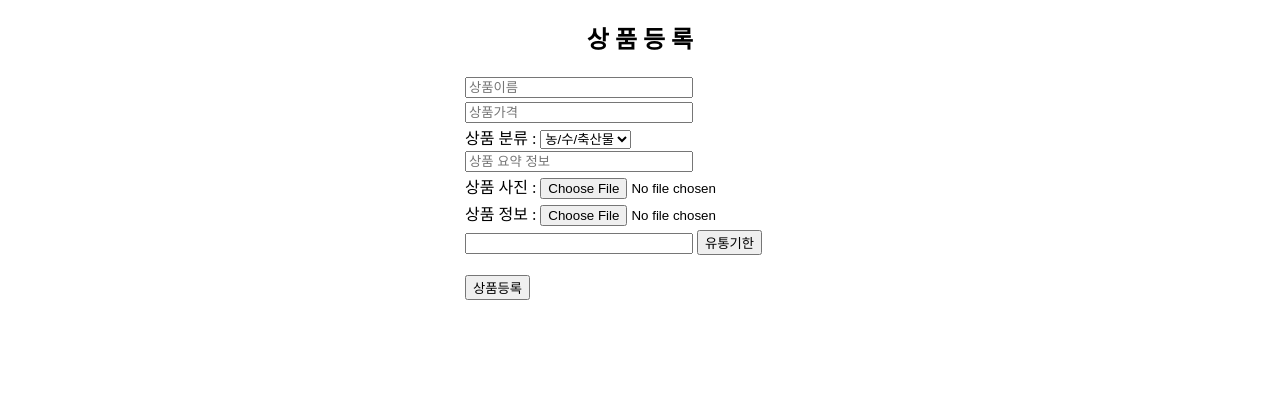
Repository: fellownew/project_workspace
Page: http://localhost/shoppingmall/WEB-INF/view/body/product/product_join_form.jsp
An editor plug-in stored every save of this project. The page is shown before and after the next save, followed by the edit.
The browser window is 1280 px wide. The pictures show the whole page.
The page is served by Tomcat 9. Nobody is signed in. Other server files are loaded and not shown. The template is opened directly, without the code that normally fills it, so the values that code supplies are empty.

Above is the page before, as saved 2015-06-15 01:23:16.

### shoppingmall/WebContent/WEB-INF/view/body/product/product_join_form.jsp
<%@ page contentType="text/html;charset=UTF-8"%>
<!DOCTYPE html>
<script type="text/javascript" src="<%=request.getContextPath() %>/script/jquery.js"></script>
<script type="text/javascript" src="<%=request.getContextPath() %>/script/date_picker.js"></script>
<script type="text/javascript">
var flag=true;
	$(document).ready(function(){
		$("#registerBtn").on("click",function(){
			if($("#productId").val()==''  ||
					$("#productPrice").val()==''  ||
					$("#productInfo").val()==''  ||
					$("#upfile").val()==''  ||
					$("#infoUpfile").val()==''  ||
					$("#expDate").val()=='' ){
					alert("입력정보를 확인하세요");
					return false;
				}
			if(!flag){
				alert("이미지 파일을 확인해주세요");
				return false;
			}
		});

		$("#upfile").on("change",function(){
			var path = $(this).val() ;
			var leng = path.length;
			var txt = path.substr(leng-3,3).toLowerCase() ;
			flag = true;
			if(txt != "jpg" && txt != "peg" && txt != "png" && txt != "gif" && txt != "bmp"){
				alert("jpg, jpeg, png, gif 파일만 등록 가능합니다.");
				flag = false;
			}
		});

		$("#infoUpfile").on("change",function(){
			var path = $(this).val();
			var leng = path.length;
			var txt = path.substr(leng-3,3).toLoserCase();
			flag = true;
			if((txt != "jpg") && (txt != "peg") && (txt != "png") && (txt != "gif") && (txt != "bmp")){
				alert("jpg, jpeg, png, gif 파일만 등록 가능합니다.");
				flag = false;
			}
		});
	});
</script>
<style>
#join_form{
	width:350px;
	margin:0 auto;
	text-align: left;
}
#join_form input{
	margin-top: 2px;
	margin-bottom: 2px;
}

#join_form input[type="text"], #join_form input[type="number"]{
	width: 220px;
}

</style>
<div style="width: 700px;margin:0 auto">
<h2 style="text-align: center"> 상 품 등 록 </h2>
	<div id="join_form">
		<form action="insertProduct.do" method="POST" enctype="multipart/form-data">
			<input type="text" id="productName" name="productName" placeholder="상품이름" maxlength="50" required="required"/><br>
			<input type="number" id="productPrice" name="productPrice" placeholder="상품가격" required="required"/><br>
			상품 분류 :
			<select name="category" id="category">
				<option value="food" selected="selected">농/수/축산물</option>
				<option value="fruit">과일/채소</option>
				<option value="health">건강식품</option>
				<option value="snack">간식</option>
			</select><br>
			<input type="text" id="productInfo" name="productInfo" placeholder="상품 요약 정보" required="required"><br>
			상품 사진 : <input type="file" id="upfile" name="upfile"/><br>
			상품 정보 : <input type="file" id="infoUpfile" name="infoUpfile"/><br>
			<input type="text" id="expDate" name="expDate" readonly="readonly" required="required">
			<input type="button" value="유통기한" onClick="datePicker(event,'expDate')"><br>
			<input type="hidden" name="SellerId" value="${sessionScope.loginInfo.sellerId }"/><p>
			<input type="submit" id="registerBtn" value="상품등록">
		</form>
	</div>
</div>

### shoppingmall/WebContent/script/date_picker.js
// Calendar Script
// Licence : GPL (http://www.gnu.org/licenses/licenses.html#GPL)
// Update & Download  : http://www.ziwoo.net/zb/view.php?boardid=zb_ziwoo_javascript&uid=129
// This page was last modified on 2011.12.15 (Since 2010.04.11)

//ex1 : datePicker(event, 'targetFieldName');
//ex2 : datePicker(event, 'targetFieldName', 2);
//세번째 인자는 날짜를 입력할 타겟의 필드명이 복수인 경우를 위한 배열키.(기본값:0)

function datePicker(e, elm) {
	currentElement = (arguments[2])?document.getElementsByName(elm)[arguments[2]]:document.getElementsByName(elm)[0];
	var event = e || window.event;

	if(document.getElementById('currentDiv')) {
		document.getElementById("currentDiv").parentNode.removeChild(document.getElementById("currentDiv"));
	}

	if(arguments[0]){
		var eventX = event.clientX;
		var eventY = event.clientY;
		if(eventX>document.body.offsetWidth-182-40) eventX = document.body.offsetWidth-182-40;
		if(eventY>document.body.offsetHeight-158-40) eventY = document.body.offsetHeight-158-40;
		var calDivObj = document.createElement("div");
		calDivObj.setAttribute("id","currentDiv");
		calDivObj.style.width = '182px';
		calDivObj.style.height = '158px';
		calDivObj.style.border = "1px solid #D0D0D0";
		calDivObj.style.position = "absolute";
		calDivObj.style.top = eventY+document.body.scrollTop+10+'px';
		calDivObj.style.left = eventX+10+'px';
		calDivObj.style.zIndex = 100000;
		document.body.appendChild(calDivObj);
		fBuildHtml();
	}
}

function fBuildHtml() {
	var currentDate = new Date();
	var igYear = currentDate.getFullYear();
	var igMonth = currentDate.getMonth() + 1;
	var gMonths = new Array("1","2","3","4","5","6","7","8","9","10","11","12");
	var calHtml = "<table border='0' bgcolor='#C0C0C0'>";
	calHtml += "<tr style='font-size:9pt'>";
	calHtml += "<td valign='middle' align='center'>";
	calHtml += "<input type='button' name='PrevMonth' value='<' style='height:20px; width:20px; font:9pt Fixedsys;' onClick='fPrevMonth()'>";
	calHtml += " <select name='tbSelYear' style='font-size:9pt' onChange='fUpdateCal(tbSelYear.value, tbSelMonth.value)'>";
	for(i=1970;i<2030;i++) calHtml += "<OPTION value='"+i+"'>"+i+"</OPTION>";
	calHtml += "</select>";
	calHtml += " <select name='tbSelMonth' style='font-size:9pt' onChange='fUpdateCal(tbSelYear.value, tbSelMonth.value)'>";
	for (i=0; i<12; i++) calHtml += "<option value='"+(i+1)+"'>"+gMonths[i]+"</option>";
	calHtml += "</select>";
	calHtml += " <input type='button' name='PrevMonth' value='>' style='height:20px; width:20px; font:9pt Fixedsys;' onclick='fNextMonth()'>";
	calHtml += "</td>";
	calHtml += "</tr><tr>";
	calHtml += "<td align='center'>";
	calHtml += "<DIV><table width='100%' border='0' cellspacing='1' cellpadding='2'>";
	calHtml += fDrawCal(igYear,igMonth);
	calHtml += "</table></DIV>";
	calHtml += "</td>";
	calHtml += "</tr>";
	calHtml += "</td></tr>";
	calHtml += "</table>";

	document.getElementById('currentDiv').innerHTML = calHtml;
	fSetYearMon(igYear,igMonth);
}

function fDrawCal(iYear, iMonth) {
	var WeekDay = new Array("Sun","Mon","Tue","Wed","Thu","Fri","Sat");
	var calHtml = "<tr>";
	for(i=0; i<7; i++) calHtml += "<td bgcolor='White' width='20' valign='middle' align='center' style='font:bold 10px Tahoma; color:#C0C0C0;'>" + WeekDay[i] + "</td>";
	calHtml += "</tr>";
	var i = 0;
	for (w = 1; w < 7; w++) {
		calHtml += "<tr>";
		for (d = 0; d < 7; d++) {
			if(w==6 && d==6){
				calHtml += "<td bgcolor='#C0C0C0' width='20' valign='middle' align='center' style='padding:1px 0 0 3px; cursor:pointer;' onClick='datePicker()'>";
				calHtml += "<font color='White' face='Tahoma'>X</font>";
				calHtml += "</td>";
			}else{
				calHtml += "<td bgcolor='White' width='20' valign='middle' align='center' style='font:bold 10px Tahoma; cursor:pointer;' onMouseOver=\"this.bgColor='Pink'\" onMouseOut=\"this.bgColor='White'\" onClick='fSetSelected(this)'>";
				calHtml += "<font id='cellText_"+i+"'></font>";
				calHtml += "</td>";
			}
			i++;
		}
		calHtml += "</tr>";
	}
	return calHtml;
}

function fSetYearMon(iYear, iMon){
	var tbSelYear = document.getElementsByName('tbSelYear')[0];
	var tbSelMonth = document.getElementsByName('tbSelMonth')[0];
	tbSelMonth.options[iMon-1].selected = true;
	for (i = 0; i < tbSelYear.length; i++) if (tbSelYear.options[i].value == iYear) tbSelYear.options[i].selected = true;
	fUpdateCal(iYear, iMon);
}

function fPrevMonth(){
	var iMon = document.getElementsByName('tbSelMonth')[0].value;
	var iYear = document.getElementsByName('tbSelYear')[0].value;
	if (--iMon<1) {
		iMon = 12;
		iYear--;
	}
	fSetYearMon(iYear, iMon);
}

function fNextMonth(){
	var iMon = document.getElementsByName('tbSelMonth')[0].value;
	var iYear = document.getElementsByName('tbSelYear')[0].value;
	if (++iMon>12) {
		iMon = 1;
		iYear++;
	}
	fSetYearMon(iYear, iMon);
}

function fUpdateCal(iYear, iMonth) {
	myMonth = fBuildCal(iYear, iMonth);
	var currentDate = new Date();
	var igYear = currentDate.getFullYear();
	var igMonth = currentDate.getMonth() + 1;
	var igDate = currentDate.getDate();
	var i = 0;
	for (w = 0; w < 6; w++) for (d = 0; d < 7; d++) if(w!=5 || d!=6) {
		with (document.getElementById('cellText_'+parseInt((7*w)+d))) {
			if (myMonth[w+1][d]<0) {
				color = "#808080";
				innerHTML = -myMonth[w+1][d];
			}else{
				if(d==0) color = "red";
				else if(d==6) color = "blue";
				else color = "black";
				innerHTML = myMonth[w+1][d];
				if(iYear==igYear && iMonth==igMonth && innerHTML==igDate){
					parentNode.style.backgroundColor='#D8FF00';
				}else{
					parentNode.style.backgroundColor='';
				}
			}
		}
	}
}

function fBuildCal(iYear, iMonth) {
	var aMonth=new Array();
	for(i=1;i<7;i++) aMonth[i]=new Array(i);
	var dCalDate=new Date(iYear, iMonth-1, 1);
	var iDayOfFirst=dCalDate.getDay();
	var iDaysInMonth=new Date(iYear, iMonth, 0).getDate();
	var iOffsetLast=new Date(iYear, iMonth-1, 0).getDate()-iDayOfFirst+1;
	var iDate = 1;
	var iNext = 1;
	for (d = 0; d < 7; d++) aMonth[1][d] = (d<iDayOfFirst)?-(iOffsetLast+d):iDate++;
	for (w = 2; w < 7; w++) for (d = 0; d < 7; d++) if(w!=6 || d!=6) aMonth[w][d] = (iDate<=iDaysInMonth)?iDate++:-(iNext++);
	return aMonth;
}

function fSetSelected(aCell){
	var tbSelYear = document.getElementsByName('tbSelYear')[0];
	var tbSelMonth = document.getElementsByName('tbSelMonth')[0];
	var iOffset = 0;
	var iYear = parseInt(tbSelYear.value);
	var iMonth = parseInt(tbSelMonth.value);
	with (aCell.firstChild){
		var iDay = parseInt(innerHTML);
		if(aCell.parentNode.rowIndex<2 && iDay>15) iMonth--;
		if(aCell.parentNode.rowIndex>4 && iDay<15) iMonth++;
		if (iMonth<1) {
			iYear--;
			iMonth = 12;
		}else if (iMonth>12){
			iYear++;
			iMonth = 1;
		}
	}
	currentElement.value = iYear+"-"+(parseInt(iMonth+100).toString().substring(1,3))+"-"+(parseInt(iDay+100)).toString().substring(1,3);
	document.getElementById("currentDiv").parentNode.removeChild(document.getElementById("currentDiv"));
}

Loaded but not shown: shoppingmall/WebContent/script/jquery.js (library)

After the next save:
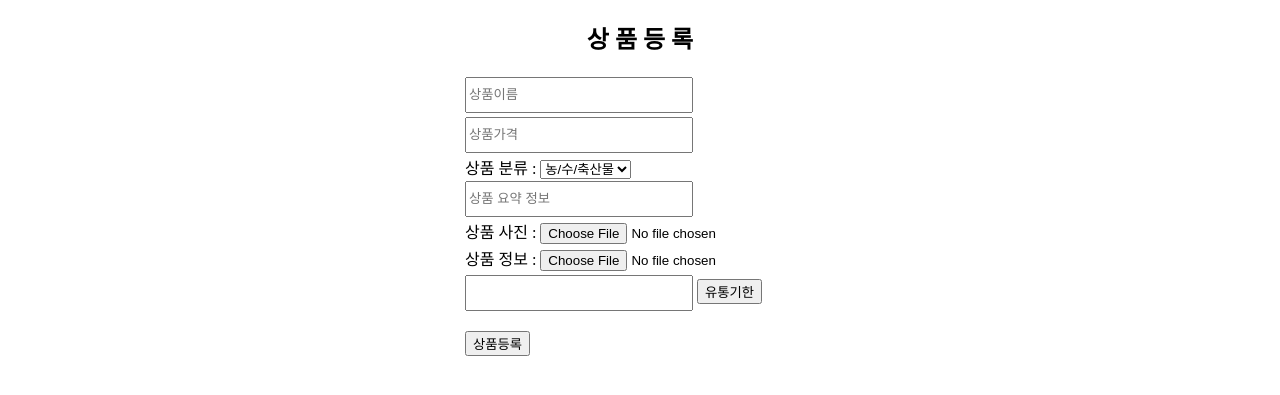
Saved 16 s later.
--- a/shoppingmall/WebContent/WEB-INF/view/body/product/product_join_form.jsp
+++ b/shoppingmall/WebContent/WEB-INF/view/body/product/product_join_form.jsp
@@ -57,6 +57,7 @@ var flag=true;
 
 #join_form input[type="text"], #join_form input[type="number"]{
 	width: 220px;
+	height: 30px;
 }
 
 </style>
